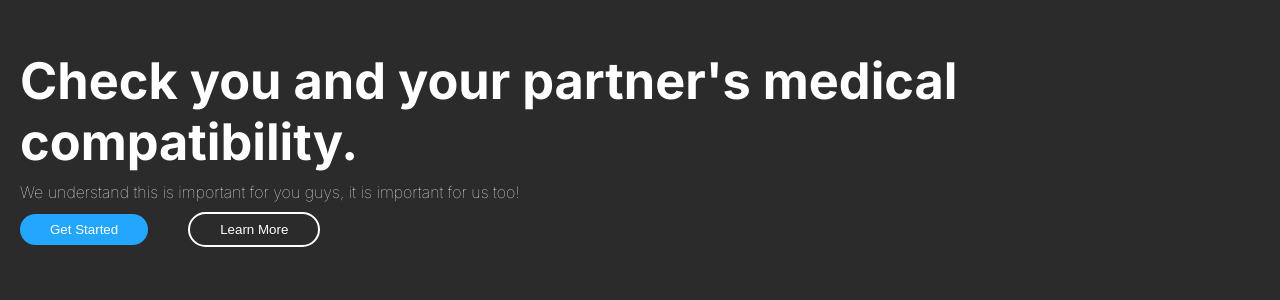
Repository: devhabeeblateef/tictactoe
Page: /
The author's editor kept a copy of each file at every save. The page is drawn from the files as they stood at one save, then again after the next save.
The browser window is 1280 px wide. The pictures show the whole page.
The project was rebuilt for these pictures with package versions that can differ from the ones it lists, and the page was loaded fresh each time. Also part of the build but not shown: src/App.css.

Above is the page before, as saved 2022-06-17 00:41:55.

After the next save:
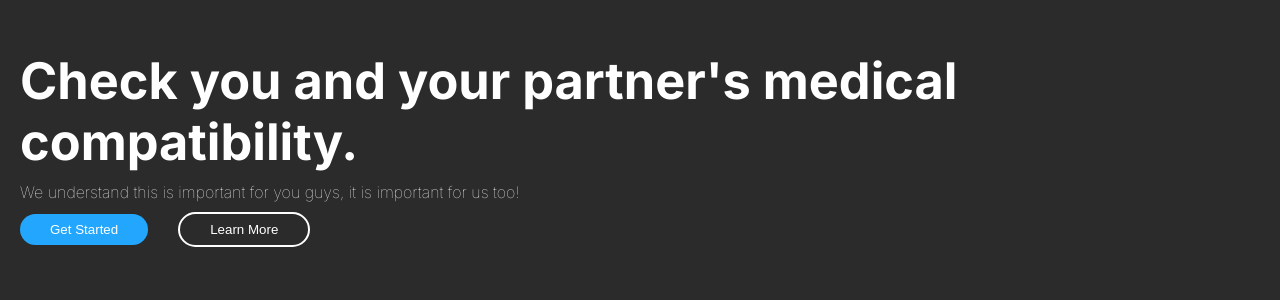
Saved 5 s later.
--- a/src/Home.module.css
+++ b/src/Home.module.css
@@ -39,7 +39,7 @@ img
     border: none;
     padding:8px 30px;
     color: white;
-    margin-right: 30px;
+    margin-right: 20px;
     font-family: 'Montserrat', sans-serif;
     cursor: pointer;
 }
